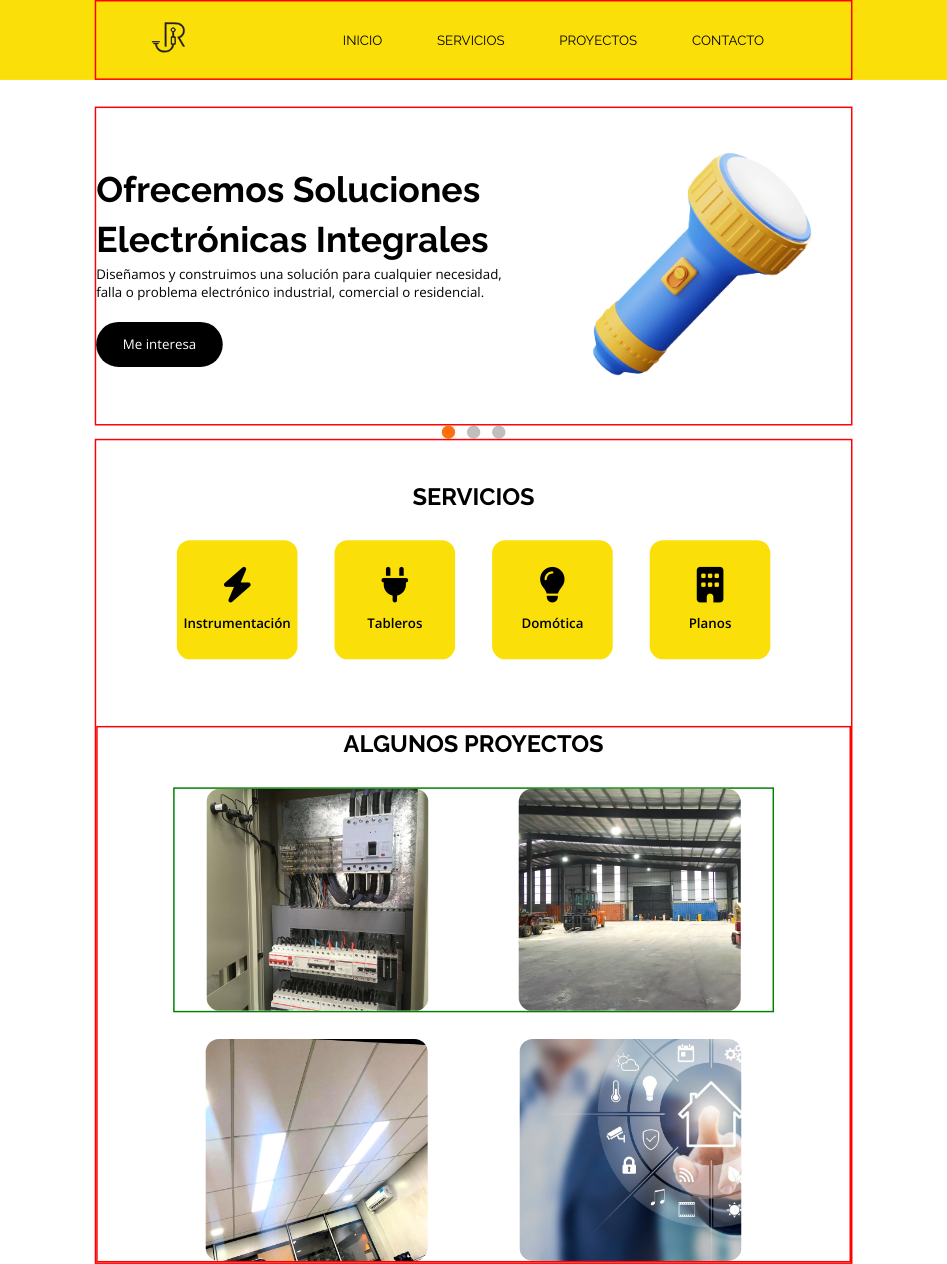
Repository: jeraldinnemg/rjelectronics
Page: index.html
The author's editor kept a copy of each file at every save. The page is drawn from the files as they stood at one save, then again after the next save.
The browser window is 1280 px wide. The pictures show the whole page, at 74% of full size.
Some web libraries are served in a nearby version.

Above is the page before, as saved 2022-08-03 23:46:19.

### index.html
<!DOCTYPE html>
<html lang="en">
<head>
    <meta charset="UTF-8">
    <meta http-equiv="X-UA-Compatible" content="IE=edge">
    <meta name="viewport" content="width=device-width, initial-scale=1.0">
    <link rel="shortcut icon" href="img/favicon.png" type="image/x-icon">
    <!-- Google fonts -->
    <link rel="preconnect" href="https://fonts.googleapis.com">
    <link rel="preconnect" href="https://fonts.gstatic.com" crossorigin>
<link href="https://fonts.googleapis.com/css2?family=Open+Sans:wght@300;400;500;600&family=Raleway:wght@300;400;500;600;700;800&display=swap" rel="stylesheet">
<link rel="stylesheet" href="https://cdnjs.cloudflare.com/ajax/libs/font-awesome/6.1.1/css/all.min.css" integrity="sha512-KfkfwYDsLkIlwQp6LFnl8zNdLGxu9YAA1QvwINks4PhcElQSvqcyVLLD9aMhXd13uQjoXtEKNosOWaZqXgel0g==" crossorigin="anonymous" referrerpolicy="no-referrer" />
    <!-- Custom system -->
    <link rel="stylesheet" href="index.css">
    <script src="https://kit.fontawesome.com/05b8218d7f.js" crossorigin="anonymous"></script>


    <script src="navigation.js" defer></script>
    <script src="tabs.js" defer></script>
    <script src="counter.js" defer></script>

    <title>RJ Electronics</title>
</head>
<body>

    <!-- <link rel="stylesheet" href="https://maxcdn.bootstrapcdn.com/font-awesome/4.5.0/css/font-awesome.min.css">
    <a href="https://api.whatsapp.com/send?phone=541150219541&text=Hola%20RJelectronics%20tengo%20una%20consulta" class="float" target="_blank">
    <i class="fa fa-whatsapp my-float"></i>
    </a> -->

    <header class="primary-header">
        <div class="container row" style="border: 2px solid red">
            <a href="#">
                <img class="logo" width="50px" height="50px"src="img/logo.svg" alt="logo">
            </a>
            <button class="mobile-nav-toggle" aria-controls="primary-navigation"><span class="sr-only" aria-expanded="false">Menu</span></button>
            <nav>
                <ul class="primary-navigation flex" data-visible="false">
                    <li><a href="#inicio" class="uppercase text-dark ff-serif">Inicio</a></li>
                    <li><a href="#services" class="uppercase text-dark ff-serif">Servicios</a></li>
                    <li><a href="#projects" class="uppercase text-dark ff-serif">Proyectos</a></li>
                    <li><a href="#contact" class="uppercase text-dark ff-serif">Contacto</a></li>
                </ul>
            </nav>
        </div>
    </header>

    <section class="hero" id="inicio" >
        <div class="container row" style="border: 2px solid red">
            <!-- CTA-1 -->
            <article class="a-self" id="lampara-tab" role="tabpanel" tabindex="0">
                <h1 class="ff-serif fs-700">Ofrecemos Soluciones Electrónicas Integrales</h1>
                <p class="ff-sans fs-400">Diseñamos y construimos una solución para cualquier necesidad, falla o problema electrónico industrial, comercial o residencial.</p>
                <a href="https://api.whatsapp.com/send?phone=541150219541&text=Hola%20RJelectronics%20tengo%20una%20consulta" class="button" target="_blank"><span>Me interesa</span></a>
            </article>
            <!-- CTA-2 -->
            <article hidden class="a-self" id="destornillador-tab" role="tabpanel" tabindex="0">
                <h2 class="ff-serif fs-700">Creamos espacios luminosos a tu medida</h2>
                <p class="ff-sans fs-400">Nos encargamos de calcular los lumens necesarios para que obtengas un espacio con luz de calidad.</p>
                <a href="https://api.whatsapp.com/send?phone=541150219541&text=Hola%20RJelectronics%20tengo%20una%20consulta" class="button" target="_blank"><span>Ver más</span></a>
            </article>
            <!-- CTA-3 -->
            <article hidden class="a-self" id="interruptor-tab" role="tabpanel" tabindex="0">
                <h2 class="ff-serif fs-700">Creamos ambientes inteligentes</h2>
                <p class="ff-sans fs-400">Nos encargamos de automatizar espacios y lugares de manera fácil y rápida.</p>
                <a href="https://api.whatsapp.com/send?phone=541150219541&text=Hola%20RJelectronics%20tengo%20una%20consulta" class="button" target="_blank"><span>Me interesa</span></a>
            </article>
            <picture class= "hero__image" id="lampara-image">
                <img src="img/lampara.png" alt="lampara" >
            </picture>
            <picture class= "hero__image" hidden id="destornillador-image">
                <img src="img/destornillador.png" alt="destornillador">
            </picture>
            <picture class= "hero__image" hidden id="interruptor-image">
                <img src="img/interruptor.png" alt="interruptor">
            </picture>
        </div>
        <!-- Dots -->
       <div class="dot-indicators flex" role="tablist" aria-label="services list">
            <button aria-selected="true" aria-controls="lampara-tab" data-image="lampara-image" role="tab" tabindex="0"><span class="sr-only">Lampara</span></button>
            <button aria-selected="false" aria-controls="destornillador-tab" data-image="destornillador-image" role="tab" tabindex="-1"><span class="sr-only">destornillador</span></button>
            <button aria-selected="false" aria-controls="interruptor-tab" data-image="interruptor-image" role="tab" tabindex="-1"><span class="sr-only">Interruptor</span></button>
        </div>
    </section>
    <main class="container" style="border: 2px solid red">
        <section class="services" id="services">
            <h2 class="ff-serif fs-600 uppercase">Servicios</h2>
            <div class="container row">
                <article class="card flex">
                    <i class="fa-solid fa-bolt fs-700"></i>
                    <div class="card-body">
                        <h2 class="card-title fs-400">Instrumentación</h2>
                    </div>
                </article>
                <article class="card flex">
                    <i class="fa-solid fa-plug fs-700 "></i>
                    <div class="card-body">
                        <h2 class="card-title fs-400">Tableros</h2>

                    </div>
                </article>
                <article class="card flex">
                    <i class="fa-solid fa-lightbulb fs-700"></i>
                    <div class="card-body">
                        <h2 class="card-title fs-400">Domótica</h2>

                    </div>
                </article>
                <article class="card flex">
                    <i class="fa-solid fa-building  fs-700"></i>
                    <div class="card-body">
                        <h2 class="card-title fs-400">Planos</h2>

                    </div>
                </article>
        </div>
        </section>
        <section class="projects" id="projects" style="border: 2px solid red">
            <h2 class="ff-serif fs-600 uppercase">Algunos Proyectos</h2>
            <div class="container row projects-container" style="border: 2px solid green">
                <article class="project" style="background-image: url('img/servicio-electricidad.JPG')">
                    <div class="project-overlay">
                    <h2 class="overlay-text fs-500 uppercase" >Tablero eléctrico</h2>
                    </div>
                </article>
                <article class="project" style="background-image: url('img/trabajos-iluminacion-galpon.JPG')">
                    <div class="project-overlay">
                        <h2 class="overlay-text fs-500 uppercase">Iluminación industrial</h2>
                    </div>
                </article>
            </div>
            <div class="container row projects-container">
                <article class="project" style="background-image: url('img/iluminacion-oficinas.jpeg') ">
                    <div class="project-overlay">
                        <h2 class="overlay-text fs-500 uppercase">Iluminación de oficina</h2>
                    </div>
                </article>
                <article class="project" style="background-image: url('img/servicios-domotica.jpg') ">
                    <div class="project-overlay">
                        <h2 class="overlay-text fs-500 uppercase">Domótica en casa</h2>
                    </div>
                </article>
            </div>
        </div>
        </section>
    </main>

    <!-- <section class="statics flex">
        <h2 class="ff-serif fs-600 uppercase">Nuestros números</h2>
        <div class="container" >
        <div class="static">
            <span class="character fs-600">+</span><span class="counter character fs-600 fw-600 hide" data-target="8"></span>
            <p class="fs-400">Años de experiencia</p>
        </div>
        <div class="static">
            <span class="character fs-600">+</span><span class="counter character fs-600 fw-600 hide" data-target="50"></span>
            <p class="fs-400">Proyectos terminados</p>
        </div>
        <div class="static">
            <span class="character fs-600">+</span><span class="counter character fs-600 fw-600 hide" data-target="40"></span>
            <p class="fs-400">Clientes felices</p>
        </div>
    </div>
    </section> -->

<!--
    <footer class="flex" id="contact">
        <a href="#">
            <img class="logo" width="50px" height="50px"src="img/logo.svg" alt="logo">
        </a>
        <div class="contact">
            <h3 class="ff-serif fs-400 uppercase">¡Síguenos!</h3>
            <div class="flex a-item"><i class="fa-brands fa-instagram"></i><a href="https://www.instagram.com/" class="text-dark  fs-400 ff-sans fw-200"  target="_blank">@rjelectronics</a></div>
            <div class="flex a-item"><i class="fa-brands fa-youtube"></i><a href="https://www.youtube.com/" class="text-dark fs-400 ff-sans fw-200"  target="_blank">Soluciones electrónicas</a></div>
            <div class="flex a-item"><i class="fa-brands fa-linkedin-in"></i><a href="https://www.linkedin.com/in/ingreinaldomora/" class="text-dark fs-400 ff-sans fw-200" target="_blank" >Reinaldo Mora</a></div>

        </div>
        <div class="contact">
            <h3 class="ff-serif fs-400 uppercase" >Contacto</h3>
            <div class="flex a-item"><i class="fa-solid fa-envelope"></i><p class="fs-400 ff-sans fw-200">info@rjelectronic.com</p></div>
            <div class="flex a-item"><i class="fa-solid fa-phone"></i><p class="fs-400 ff-sans">+54-1150219541</p></div>
            <div class="flex a-item"><i class="fa-solid fa-location-dot"></i><p class="fs-400 ff-sans">Buenos Aires, CABA.</p></div>
        </div>
    </footer>
    <div class="copyright">Made with <i class="fa-solid fa-bolt"></i> © by Jeralidea</div>
     -->
</body>
</html>

### index.css
/* ----------------------- */
/* --Custom properties---- */
/* ----------------------- */

:root {
   /*colors*/
   --clr-dark: 0 0% 0%;
   --clr-main: 53 97% 51%;
   --clr-secondary: 25 100% 52%;
   --clr-white: 0 0% 100%;

/*font-sizes*/
--fs-1100: 9.375rem; /*150x*/
--fs-1000: 6.25rem; /*100px*/
--fs-900: 4.5rem; /*72px*/
--fs-800: 3.5rem; /*56px*/
--fs-700: 3rem; /*48px*/
--fs-600: 2rem; /*32px*/
--fs-500: 1.75rem; /*28px*/
--fs-400: 1.125rem; /*18px*/
--fs-300: 1rem; /*16px*/
--fs-200: 0.875rem; /*14px*/

/*font-family*/
--ff-serif: "Raleway", serif;
--ff-sans: "Open sans", sans-serif;


}

.uppercase {
    text-transform: uppercase;
}

/* -------------- */
/* -----RESET---- */
/* -------------- */

*,
*::before,
*::after {
    box-sizing: border-box;
}

/* Reset margins */
h1,
h2,
h3,
h4,
h5,
body,
p,
picture,
figure {
    margin:0;
}

/* Set up the body  */

html{
    height: -webkit-fill-available;
    scroll-behavior: smooth;
}

body {
    font-family: var(--ff-sans);
    font-size: var(--fs-400);
    color:hsl(var(--clr-dark));
    height: 100vh;
    line-height: 1.4;
    min-height: 100vh;

    display: grid;
    grid-template-rows: min-content 1fr;

    overflow-x:hidden;
}

/* Make images easier to work */
img,
picture {
    max-width: 100%;
}

/* Make form elements easier to work*/
input,
select,
button,
textarea {
    font: inherit;
}

/* Remove all animations, transitions and smooth scroll for people that prefer not to see them (Accesibility Recourse piccali.li*/
@media (prefers-reduced-motion: reduce) {
    html:focus-within {
     scroll-behavior: auto;
    }

    *,
    *::before,
    *::after {
      animation-duration: 0.01ms !important;
      animation-iteration-count: 1 !important;
      transition-duration: 0.01ms !important;
      scroll-behavior: auto !important;
    }
  }

/* ------------------ */
/* -UTILITY CLASES-- */
/* ----------------- */

.flex {
    display: flex;
    gap: var(--gap, 1rem);
}

.grid {
    display: grid;
    gap: var(--gap, 1rem);
}

.a-self{
    align-self: center;
}

.a-item{
    align-items: center;
}


.container {
    width: 80%;
    max-width: 1200px;
    margin:0 auto;
}

.col {
    width:100%
}

header {
    background-color: var(--clr-dark);
    text-align: center;
}

header >div{
    display: flex;
}

.logo{
    margin: 1.5rem 0;
}

.nav {
    width: 100%;
}

.dot-indicators{
    justify-content: center;
}

.hero{
    margin-top: 2em;
}


.sr-only {
    position: absolute;
    width: 1px;
    height: 1px;
    padding: 0;
    margin: -1px;
    overflow: hidden;
    border: 0;
}

/*Colors */

.bg-dark { background-color: hsl(var(--clr-dark));}
.bg-yellow {background-color: hsl(var(--clr-yellow));}
.bg-white { background-color: hsl(var(--clr-white));}

.text-dark { color: hsl(var(--clr-dark));}
.text-dark { color: hsl(var(--clr-dark));}
.text-dark { color: hsl(var(--clr-dark));}

/*Typography */

.ff-serif {font-family: var(--ff-serif);}
.ff-sans {font-family: var(--ff-sans);}

.letter-spacing-1  {letter-spacing: 4.75px;}
.letter-spacing-2  {letter-spacing: 2.7px;}
.letter-spacing-1  {letter-spacing: 2.35px;}

.fs-900 {font-size: var(--fs-900);}
.fs-800 {font-size: var(--fs-800);}
.fs-700 {font-size: var(--fs-700);}
.fs-600 {font-size: var(--fs-600);}
.fs-500 {font-size: var(--fs-500);}
.fs-400 {font-size: var(--fs-400);}
.fs-300 {font-size: var(--fs-300);}
.fs-200 {font-size: var(--fs-200);}

.fw-400 {font-weight: 400;}
.fw-500 {font-weight: 500;}
.fw-600 {font-weight: 600;}

/* General */

.flex {
    display: flex;
    gap: var(--gap, 1rem);
}

.flex.even-columns > * {
    width: 100%;
}

.grid {
    display: grid;
    gap: var(--gap, 1rem);
}

.d-block {
    display: block;
}



/* ----------------- */
/* ---COMPONENT----- */
/* ----------------- */

/* Primary header */

.logo{
    margin: 1.5rem clamp(1.5rem, 5vw, 4rem);
}

.primary-header{
    align-items:center;
    justify-content: space-between;
    background-color: hsl(var(--clr-main));
}


.primary-navigation{
    --gap: clamp(1.5rem, 5vw, 3.5rem);
    list-style: none;
    text-decoration: none;
    padding: 0;
    margin:0;
}

.primary-navigation a{
    text-decoration: none;
    margin-right: 1em;
}

.mobile-nav-toggle{
    display: none;
}

@media(max-width:35em){
    .primary-navigation{
        --underline-gap: 0.5rem;
        position: fixed;
        inset: 0 0 0 20%;
        z-index:1000;
        padding: min(20rem, 15vh);
        margin:0;
        z-index:1000;
        list-style: none;
        flex-direction: column;
        background-color: hsl(var(--clr-main));
        transform: translateX(100%);
        transition: transform ease-in-out;

    }

    .primary-navigation[data-visible='true']{
        transform: translateX(0);
    }

    .mobile-nav-toggle {
        display: block;
        position: absolute;
        z-index:2000;
        right: 3rem;
        top: 2rem;
        background: transparent;
        background-image: url(img/icon-hamburger.svg);
        background-repeat:no-repeat;
        background-position: center;
        width: 1.5rem;
        aspect-ratio:1;
        border: 0;
        cursor: pointer;
    }

    .mobile-nav-toggle[aria-expanded='true']{
        background-image: url(img/icon-close.svg);
    }

    .mobile-nav-toggle:focus-visible{
        outline:5px solid white;
        outline-offset: 5px;
    }
}

@media (min-width: 35em){
    .primary-navigation, .contact{
        padding-inline: clamp(3rem, 7vw, 7rem);
    }

}

@media(min-width: 45em){
    .primary-navigation{
        margin-block:2rem;
    }
}


/* ---------- */
/* --BUTTON-- */
/* --------- */

 .button {
    display: inline-flex;
	background: hsl(var(--clr-dark));
    padding: 1em 2em;
    border-radius: 2em;
    color: hsl(var(--clr-white));
	position: relative;
    text-decoration: none;
    transition: 0.3s ease all;
	position:relative;
	overflow:hidden;
    margin-top: 1.5em;
}

.button span {
	position:relative;
	z-index:2;
	transition: 0.3s ease all;
}

.button::after {
	content: "";
	width: 100%;
	height:100%;
	background: hsl(var(--clr-secondary));
	position: absolute;
	z-index: 1;
	top: -80px;
	left: 0;
	transition: 0.3s ease-in-out all;
}

.button:hover::after{
	top:0;
	}

/* ---------- */
/* -- DOTS -- */
/* ---------- */

.dot-indicators > * {
        cursor: pointer;
        border: 0;
        border-radius: 50%;
        padding: .5em;
        background-color: hsl(var(--clr-dark)/ .25) ;
 }

.dot-indicators > *:hover,
.dot-indicators > *:focus {
        background-color: hsl(var(--clr-secondary)/ .5);
    }

.dot-indicators > [aria-selected="true"] {
        background-color: hsl( var(--clr-secondary) / 1);
    }

/* ---------- */
/* Card     */
/* --------- */
.card{
    background-color: hsl( var(--clr-main));
    flex-direction: column;
    align-items: center;
    padding: 2em 4em;
    margin: 2em 0em;
    border-radius: 1em;
}

i:hover{
    color: hsl( var(--clr-secondary));
}

.services, .projects, .statics{
    text-align: center;
    margin-top: 3em;
}

/* -------------------------*/
/* -------PROJECTS -------- */
/* -------------------------*/

.projects-container{
    grid-template-columns: repeat(1, 1fr);
    margin-top: 2em;
    gap:2rem;
}

.projects-container >article{
    position: relative;

    min-width: 300px;
    min-height: 300px;
    background-size: cover;
    background-repeat: no-repeat;
    background-position: center center;
    border-radius: 1em;
}

.projects .project .project-overlay{
    width: 0%;
	height: 100%;
	position: absolute;
	bottom: 0;
	left: 0;
	right: 0;
	background: hsl( var(--clr-main));
	overflow: hidden;
    border-radius: 1em;
	transition: .5s ease;
}

.projects .project:hover .project-overlay {
    width: 100%;
    opacity: 0.8;
}

.overlay-text {
	top: 50%;
	left: 50%;

	position: absolute;
	white-space: nowrap;
	color: hsl(var(--clr-dark));
	transform: translate(-50%, -50%);
	overflow: hidden;
	border-top: 1px solid #fff;
	border-bottom: 1px solid #fff;
}

/* -------------------------*/
/* -------STATICS --------- */
/* -------------------------*/

.statics {
    background-color: hsl( var(--clr-secondary));
    flex-direction: column;
}

.statics >h2{
    margin-top: 2em;
}

.static{
    padding: 2em 4em;
    margin: 2em 0em;
    flex-direction: column;
}

.character {
    color: hsl( var(--clr-dark));
}

/* -------------------------*/
/* -------FOOTER ---------- */
/* -------------------------*/

footer{
    background-color: hsl( var(--clr-main));
    color: hsl( var(--clr-dark));
    padding: 2em 0em;
    text-align: center;
    line-height: 2.5em;

    flex-direction: column;
    align-items:center;
    justify-content: space-between;
}

.copyright {
    text-align: center;
    background-color: hsl( var(--clr-main)/0.5);
}

.copyright i {
    color: hsl( var(--clr-secondary));
}

footer a {
    text-decoration: none;
    list-style: none;
}

/* -------------------------*/
/* -------Whataspp--------- */
/* -------------------------*/

.float{
	position:fixed;
	width:60px;
	height:60px;
	bottom:40px;
	right:40px;
	background-color:#25d366;
	color:#FFF;
	border-radius:50px;
	text-align:center;
  font-size:30px;
	box-shadow: 2px 2px 3px #999;
  z-index:100;
}

.float:hover {
	text-decoration: none;
	color: #25d366;
  background-color:#fff;
}

.my-float{
	margin-top:16px;
}

/* -------------------------*/
/* -------COUNTER----------- */
/* -------------------------*/

@keyframes show {
    0% {
        opacity: 0.5;
        transform: translateY(100px);
    }
    100% {
        opacity: 1;
        transform: translateY(0);
    }
}

.hide {
    opacity: 0%;
}

.animate{
    animation: show 1.3s;
}

/* -------------------------*/
/* -------LAYOUT----------- */
/* -------------------------*/

.grid-container {
    display: grid;
    text-align: center;
    place-items:center;
    padding-inline: 1rem;
}

@media (min-width: 35em){

}

@media (min-width: 45em){
    .row {
        display: flex;
        align-items: center;
        justify-content: space-around;
    }

    .grid-container {
        text-align: left;
        column-gap: var(--container-gap, 2rem);
        grid-template-columns: minmax(1rem, 1fr)
        repeat (2, minmax((0, 30rem)) minmax(1rem, 1fr));
    }

    .grid-container--home {
        padding-bottom: max(6rem, 20vh);
        align-items: left;
    }

    .container {
        flex-direction: row;
        gap: 2em;
    }

    .hero__image{
        max-width: 40%;
    }

    .card {
        max-width: 20%;
    }



    footer{
        flex-direction: row;
        justify-content: space-between;
        align-items: center;
    }

}

### navigation.js
// javascript

const nav = document.querySelector(".primary-navigation");
const navToggle = document.querySelector('.mobile-nav-toggle');


// when someone clicks the hamburguer button

navToggle.addEventListener('click', () => {

// if the nav is closed, open it

    const visibility = nav.getAttribute("data-visible");

    if (visibility === 'false') {
        nav.setAttribute('data-visible', true);
        navToggle.setAttribute('aria-expanded', true);
    } else {
        nav.setAttribute('data-visible', false);
        navToggle.setAttribute('aria-expanded', false);

    }
});

### counter.js
const counters = document.querySelectorAll('.counter')

counters.forEach(counter => {
    counter.innerText='0';

    const updateCounter = () => {

        // Create const
        const target = +counter.getAttribute('data-target')


         const c = +counter.innerText

         const increment = target / 300;

         if (c < target) {
             counter.innerText = `${Math.ceil(c+increment)}`
             setTimeout(updateCounter,100)
         } else {
             counter.innerText = target
         }
         // verify target function console.log(typeof target, target)
         //console.log(increment)
    }

    updateCounter()

    const showCounter= elements =>{
        elements.forEach(e => {
            if(e.isIntersecting){
                e.target.classList.add('animate')
                e.target.classList.remove('hide')
                setTimeout(updateCounter, 500)
            }
        });
    }

    const observer = new IntersectionObserver(showCounter, {
        threshold:.7 // 0-1
    })

    const elementsHTML = document.querySelectorAll('.counter');
    elementsHTML.forEach(elementHTML =>{
        observer.observe(elementHTML)
    })

})

Loaded but not shown: tabs.js (74 lines, source omitted)

After the next save:
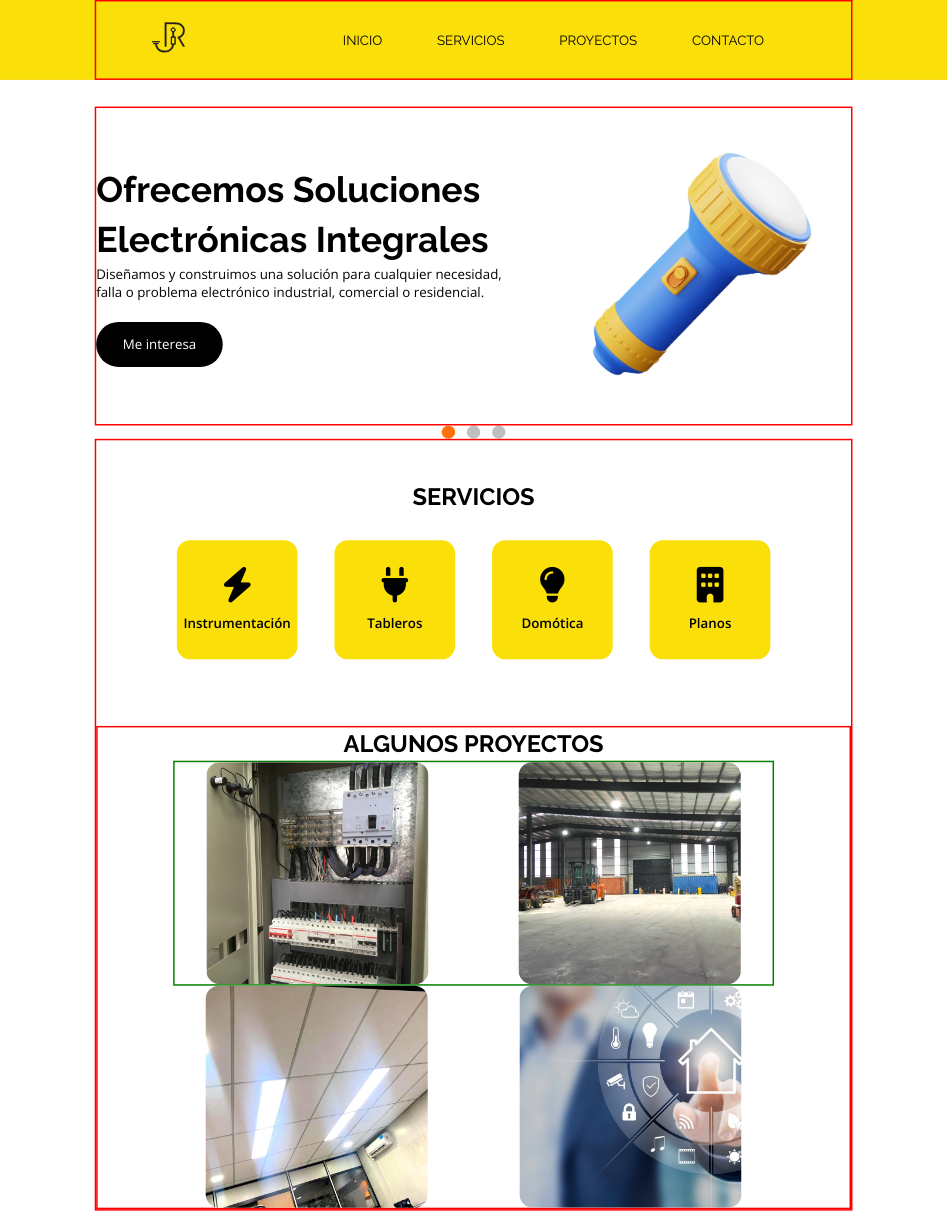
Saved 25 s later.
--- a/index.css
+++ b/index.css
@@ -410,11 +410,6 @@ i:hover{
 /* -------PROJECTS -------- */
 /* -------------------------*/
 
-.projects-container{
-    grid-template-columns: repeat(1, 1fr);
-    margin-top: 2em;
-    gap:2rem;
-}
 
 .projects-container >article{
     position: relative;
